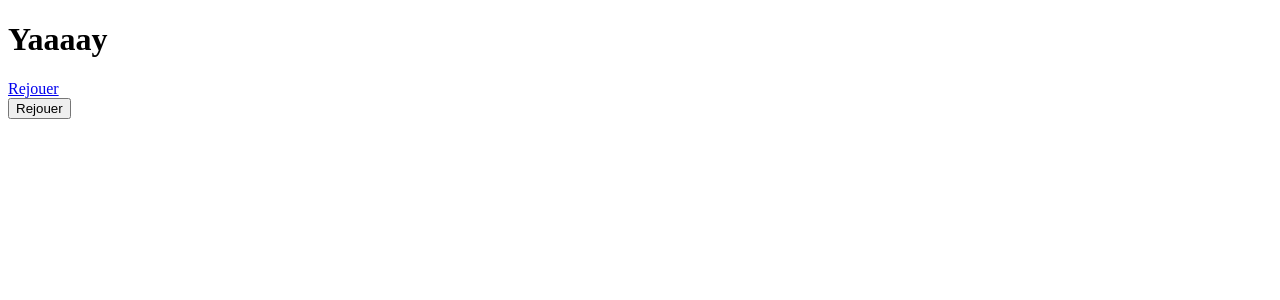
Repository: TheD3us/javaavance
Page: CrazyNumber/WebContent/HTML/Reussite.html
The author's editor kept a copy of each file at every save. The page is drawn from the files as they stood at one save, then again after the next save.
The browser window is 1280 px wide. The pictures show the whole page.

Above is the page before, as saved 2022-05-03 07:11:37.

After the next save:
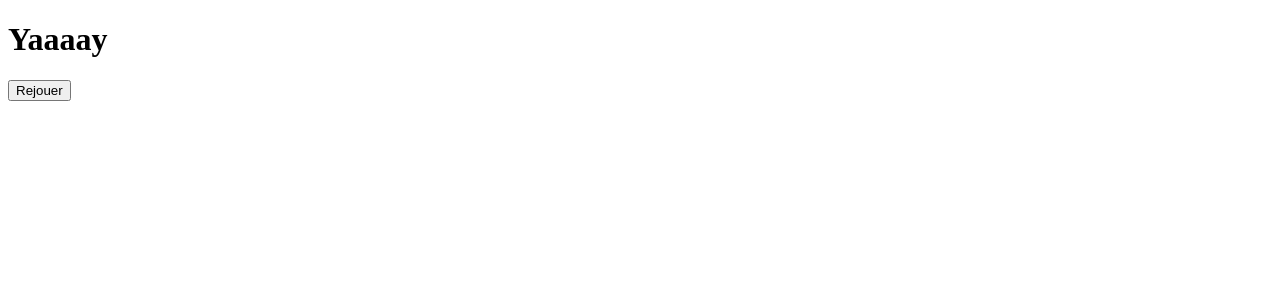
Saved 6 s later.
--- a/CrazyNumber/WebContent/HTML/Reussite.html
+++ b/CrazyNumber/WebContent/HTML/Reussite.html
@@ -6,7 +6,6 @@
 </head>
 <body>
 <h1>Yaaaay</h1>
-<a href="Formulaire.html">Rejouer</a><br>
 	<form action="/CrazyNumber/Reussite" method="GET">
 	<input type="submit" value="Rejouer">
 	</form>
